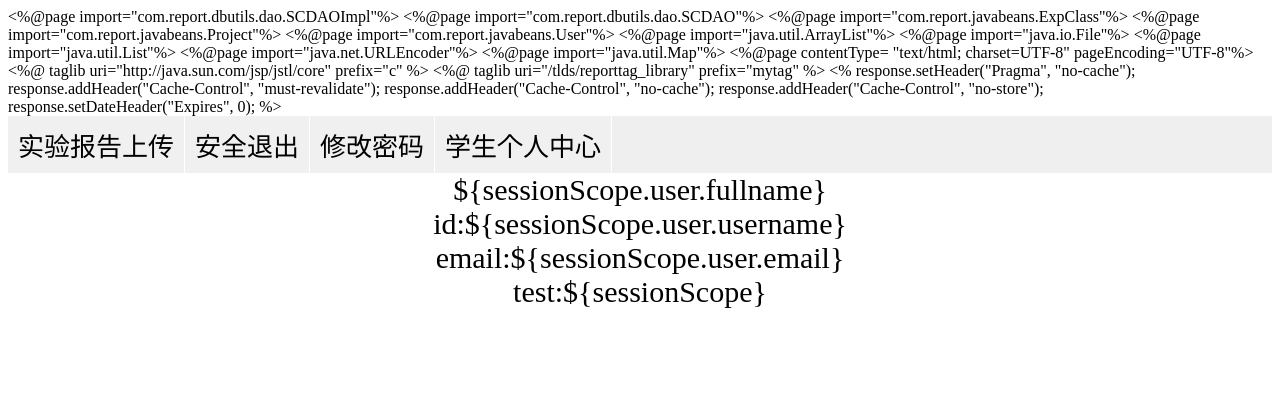
Repository: IAmJiangWenHao/ReportServer
Page: web/demo.html
These files come from the project's save history. The page is drawn as it stood at one moment and after the next save; the edit follows.
The browser window is 1280 px wide. The pictures show the whole page.

Above is the page before, as saved 2023-06-01 10:43:44.

### web/demo.html
<%@page import="com.report.dbutils.dao.SCDAOImpl"%>
<%@page import="com.report.dbutils.dao.SCDAO"%>
<%@page import="com.report.javabeans.ExpClass"%>
<%@page import="com.report.javabeans.Project"%>
<%@page import="com.report.javabeans.User"%>
<%@page import="java.util.ArrayList"%>
<%@page import="java.io.File"%>
<%@page import="java.util.List"%>
<%@page import="java.net.URLEncoder"%>
<%@page import="java.util.Map"%>
<%@page contentType= "text/html; charset=UTF-8" pageEncoding="UTF-8"%>

<%@ taglib uri="http://java.sun.com/jsp/jstl/core" prefix="c" %>
<%@ taglib uri="/tlds/reporttag_library" prefix="mytag" %>
<!--script type="text/javascript" src="${pageContext.request.contextPath}/script/scriptV1.js?v=1.0"></script-->
<!DOCTYPE html>
<html>
  <%
    response.setHeader("Pragma", "no-cache");
    response.addHeader("Cache-Control", "must-revalidate");
    response.addHeader("Cache-Control", "no-cache");
    response.addHeader("Cache-Control", "no-store");
    response.setDateHeader("Expires", 0);



  %>
  <head>
    <meta http-equiv="Content-Type" content="text/html; charset=UTF-8">
    <title >学生个人中心 </title>
  </head>
  <body>
    <style>
            .topbar-item{
        padding: 10px;
        border-right: 1px solid white;
        cursor:hand;
        background-color: rgba(240, 240, 240, 1)
      }
      .topbar-item:hover{
        background-color: gainsboro


      }
    </style>
    <div style="display:flex;font-size: 26px;background-color: buttonface;">
      <a href="student.jsp" class="topbar-item" style="color: black;text-decoration:none;"> 实验报告上传</a>
      <div class="topbar-item"><a style="color: black;text-decoration:none;" href="exit.jsp">安全退出</a></div>
      <div class="topbar-item"><a style="color: black;text-decoration:none;" href="WEB-INF/set_password_email.jsp">修改密码</a></div>
      <div class="topbar-item"><a style="color: black;text-decoration:none;" href="message.jsp">学生个人中心</a></div>
    </div>
    <div style="display: flex; flex-direction:column;align-items: center;font-size: 30px;">
        <div  >${sessionScope.user.fullname}</div>

      <div>id:${sessionScope.user.username}</div>
      <div>email:${sessionScope.user.email}</div>
      <div>test:${sessionScope}</div>
    </div>
</body>
</html>

After the next save:
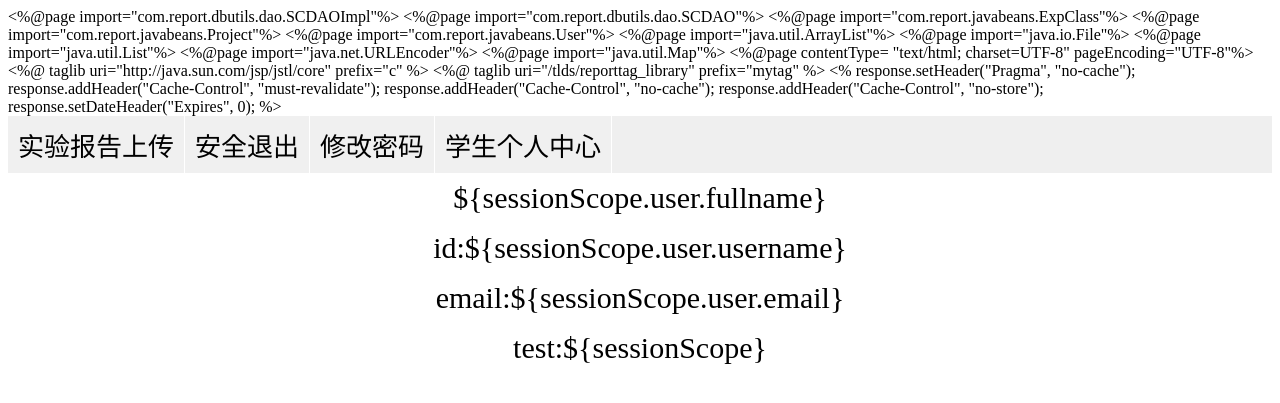
Saved 25 s later.
--- a/web/demo.html
+++ b/web/demo.html
@@ -49,7 +49,7 @@
       <div class="topbar-item"><a style="color: black;text-decoration:none;" href="WEB-INF/set_password_email.jsp">修改密码</a></div>
       <div class="topbar-item"><a style="color: black;text-decoration:none;" href="message.jsp">学生个人中心</a></div>
     </div>
-    <div style="display: flex; flex-direction:column;align-items: center;font-size: 30px;">
+    <div style="display: flex; flex-direction:column;align-items: center;font-size: 30px;line-height: 50px;">
         <div  >${sessionScope.user.fullname}</div>
 
       <div>id:${sessionScope.user.username}</div>
